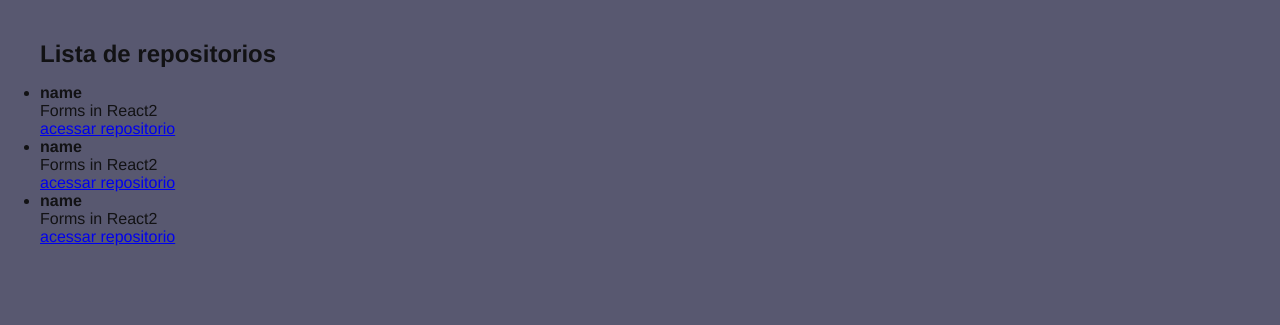
Repository: niltonmalves/01-githug-explorer
Page: /
These files come from the project's save history. The page is drawn as it stood at one moment and after the next save; the edit follows.
The browser window is 1280 px wide. The pictures show the whole page.
The project was rebuilt for these pictures with package versions that can differ from the ones it lists, and the page was loaded fresh each time. Also part of the build but not shown: webpack.config.js, src/components/Counter.jsx.

Above is the page before, as saved 2022-01-06 18:45:37.

### public/index.html
<!DOCTYPE html>
<html lang="en">
<head>
    <meta charset="UTF-8">
    <meta http-equiv="X-UA-Compatible" content="IE=edge">
    <meta name="viewport" content="width=device-width, initial-scale=1.0">
    <title>Github Explore</title>
</head>
<body>
    <div id="root"></div>

</body>
</html>

### src/index.jsx
import {render} from 'react-dom';
import { App } from './App';

render(<App/>, document.getElementById('root'))

### src/App.jsx
import { Counter } from './components/Counter';
import { RepositoryList } from './components/RepositoryList';
import './styles/global.scss';

export function App(){
    return (
        <>
            <RepositoryList />

     </>
    )


}

### src/components/RepositoryList.jsx
import { Counter } from "./Counter";
import { RepositoryItem } from "./RepositoryItem";
import '../styles/repositories.scss';

const repositoryName = 'unform2';
const repository = {
    name: 'name',
    description: 'Forms in React2',
    link: 'https://github.com/unform/unform'
}
export function RepositoryList() {
    return (
        <section className="repository-list">
      <h1>Lista de repositorios</h1>
      <ul>

        <RepositoryItem respository={repository}/>
        <RepositoryItem respository={repository}/>
        <RepositoryItem respository={repository}/>

      </ul>
        </section>
    );
}

### src/styles/global.scss
* {
    margin: 0;
    padding: 0;
    box-sizing: border-box;
}

body {
    font: 16px "Helvetica Neue", Arial, sans-serif;
    color: #121214;
    background-color: rgb(88, 88, 112);

}

### src/components/RepositoryItem.jsx
export function RepositoryItem(props){
    return(
        <li>
        <strong>{props.respository?.name ?? 'Default'}</strong>
        <p>{props.respository.description}</p>
        <a href={props.respository.link}>
            acessar repositorio
        </a>
    </li>
    )
}

### src/styles/repositories.scss
section.repository-list {
    margin:40px ;
    h1 {
        margin-bottom: 16px;
    }
}

After the next save:
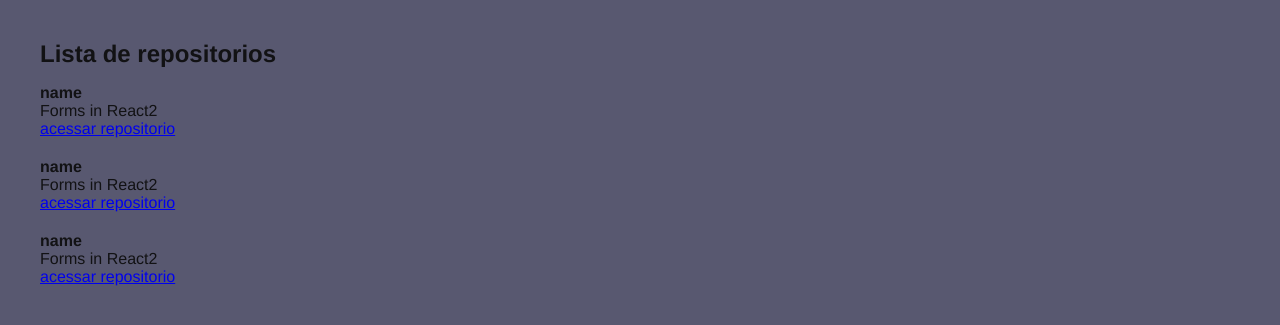
Saved 108 s later.
--- a/src/styles/repositories.scss
+++ b/src/styles/repositories.scss
@@ -3,4 +3,13 @@ section.repository-list {
     h1 {
         margin-bottom: 16px;
     }
+    ul {
+        list-style: none;
+        li {
+            & + li {
+                margin-top: 20px;
+            }
+        }
+
+    }
 }
